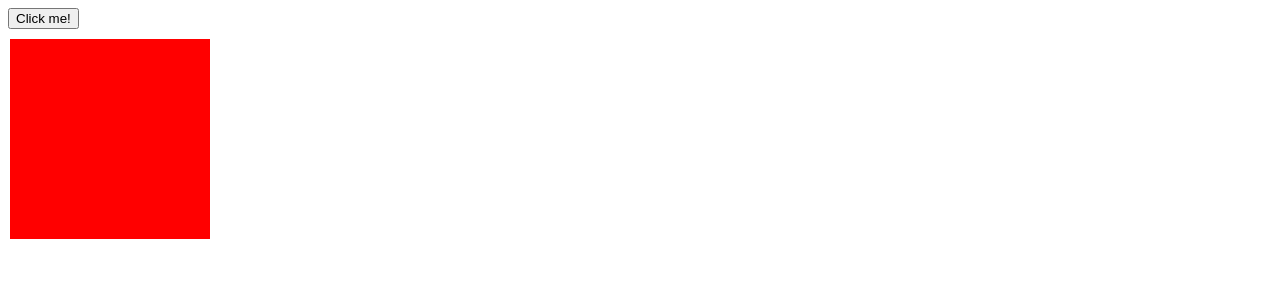
Repository: magdaf41/jQuery
Page: zadanie 3/index.html
An editor plug-in stored every save of this project. The page is shown before and after the next save, followed by the edit.
The browser window is 1280 px wide. The pictures show the whole page.

Above is the page before, as saved 2020-09-09 22:54:05.

### zadanie 3/index.html
<!DOCTYPE html>
<html lang="en">
<head>
    <meta charset="UTF-8">
    <meta name="viewport" content="width=device-width, initial-scale=1.0">
    <title>Animacja</title>
    <link rel="stylesheet" href="css/style.css">
</head>
<body>
    <button>Click me!</button>

    <div id="square">
      <h2 id="text-end">Animacja zakończona!</h2>
    </div>
    <script src="js/jquery-3.5.1.min.js"></script>
    <script src="js/main.js"></script>

</body>
</html>

### zadanie 3/css/style.css
#square {
    width: 200px;
    height: 200px;
    background-color: red;
    position: absolute;
    left: 10px;
    margin-top: 10px;
    text-align: center;
    color: yellow;
  }

  #text-end {
    opacity: 0;
    font-size: 18px;
  }

### zadanie 3/js/main.js
$(document).ready(function() {
    animateSquare();
  })

  function animateSquare() {
    $('button').click(function() {
      $('#square').animate({
        'height' : '100px',
        'width' : '100px',
        'left' : '100px',
      }, 3000, function (){
         $('this').animate({
           'backgroundColor' : '#0000ff'}, 5000, function () {
                $('#square').find('#text-end').animate({
                  'opacity' : '1'});
           });
      });
      });
  }

Loaded but not shown: zadanie 3/js/jquery-3.5.1.min.js (library)

After the next save:
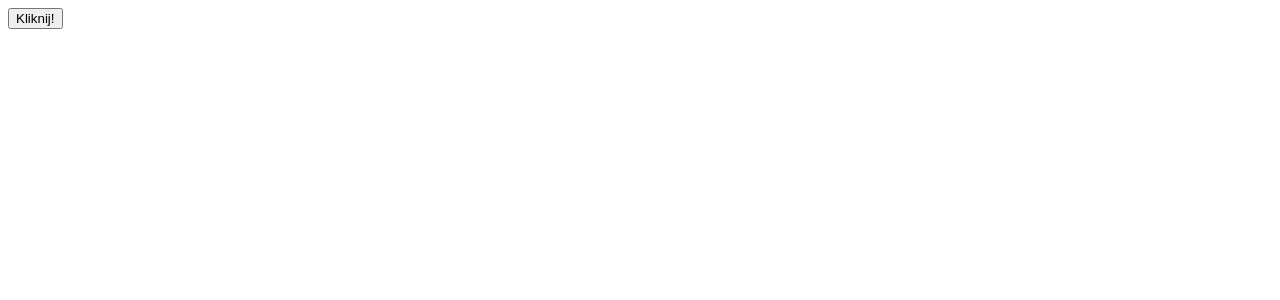
Saved 18 h 43 min later.
--- a/zadanie 3/index.html
+++ b/zadanie 3/index.html
@@ -1,19 +1,15 @@
 <!DOCTYPE html>
 <html lang="en">
+
 <head>
     <meta charset="UTF-8">
     <meta name="viewport" content="width=device-width, initial-scale=1.0">
-    <title>Animacja</title>
-    <link rel="stylesheet" href="css/style.css">
+    <title>Animation</title>
 </head>
+
 <body>
-    <button>Click me!</button>
+    <button id="button">Kliknij!</button>
+    <div id="square"></div>
+</body>
 
-    <div id="square">
-      <h2 id="text-end">Animacja zakończona!</h2>
-    </div>
-    <script src="js/jquery-3.5.1.min.js"></script>
-    <script src="js/main.js"></script>
-
-</body>
 </html>

After the save that followed:
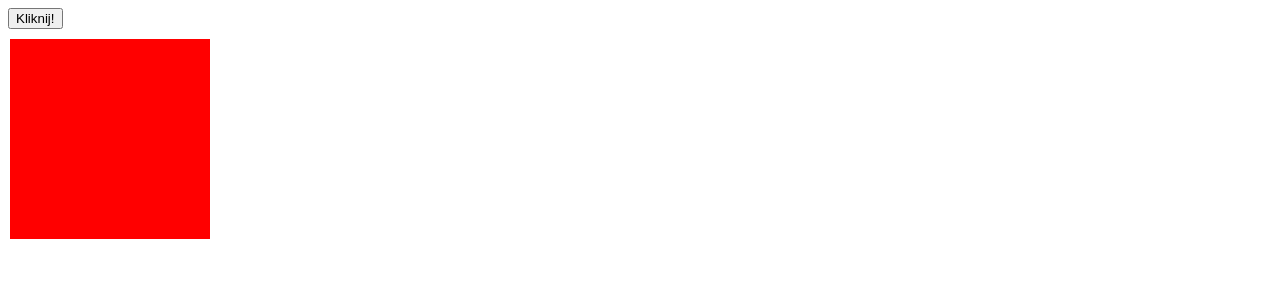
Saved 2 min 29 s later.
--- a/zadanie 3/index.html
+++ b/zadanie 3/index.html
@@ -5,11 +5,16 @@
     <meta charset="UTF-8">
     <meta name="viewport" content="width=device-width, initial-scale=1.0">
     <title>Animation</title>
+    <link rel="stylesheet" href="css/style.css">
 </head>
 
 <body>
     <button id="button">Kliknij!</button>
     <div id="square"></div>
+
+    <script src="//cdn.jsdelivr.net/jquery.color-animation/1/mainfile"></script>
+    <script src="js/jquery-3.5.1.min.js"></script>
+    <script src="js/main.js"></script>
 </body>
 
 </html>
